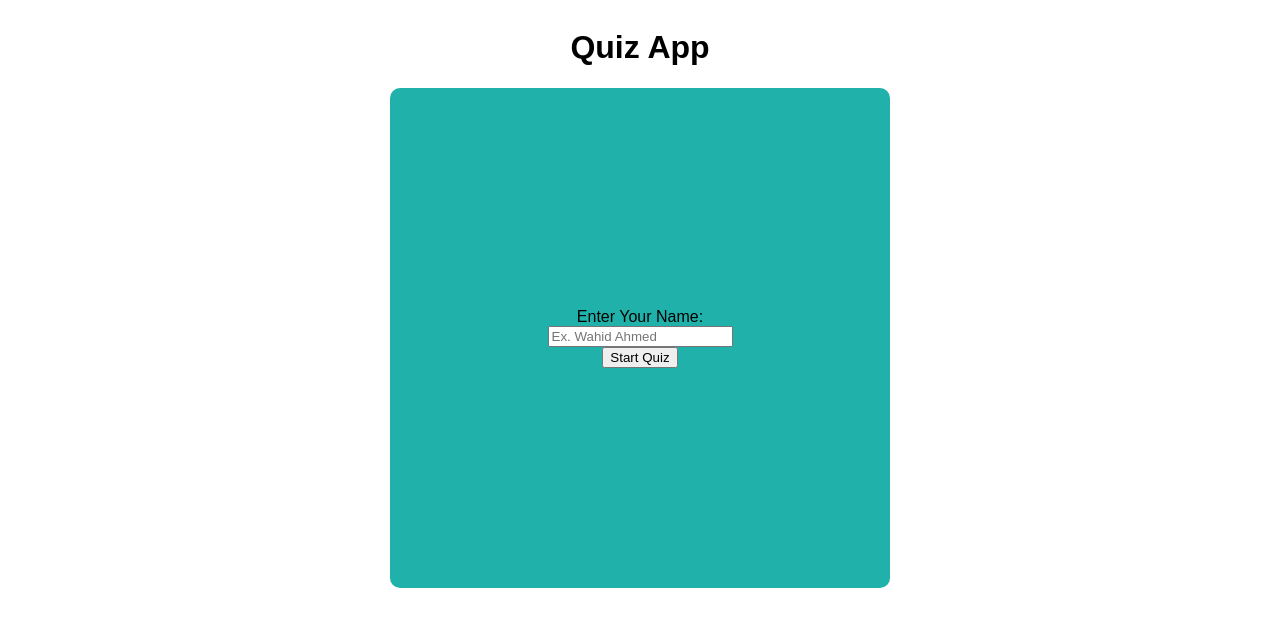
Repository: Wahid137/quiz-app
Page: /
The author's editor kept a copy of each file at every save. The page is drawn from the files as they stood at one save, then again after the next save.
The browser window is 1280 px wide. The pictures show the whole page.
The project was rebuilt for these pictures with package versions that can differ from the ones it lists, and the page was loaded fresh each time. Also part of the build but not shown: vite.config.js, src/components/Quiz.jsx, src/components/EndScreen.jsx, src/index.css.

Above is the page before, as saved 2023-09-17 01:49:36.

After the next save:
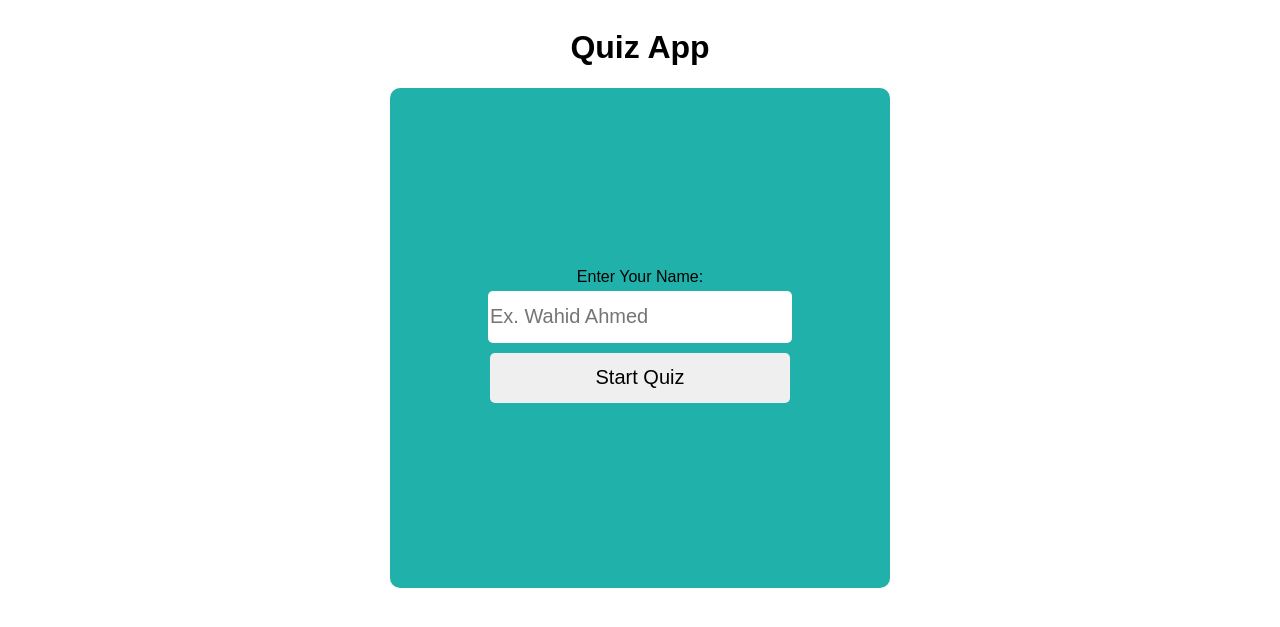
Saved 61 s later.
--- a/src/App.css
+++ b/src/App.css
@@ -17,3 +17,12 @@
   justify-content: center;
   align-items: center;
 }
+
+.Menu input, button{
+  width: 300px;
+  height: 50px;
+  margin: 5px;
+  border: none;
+  border-radius: 5px;
+  font-size: 20px;
+}
